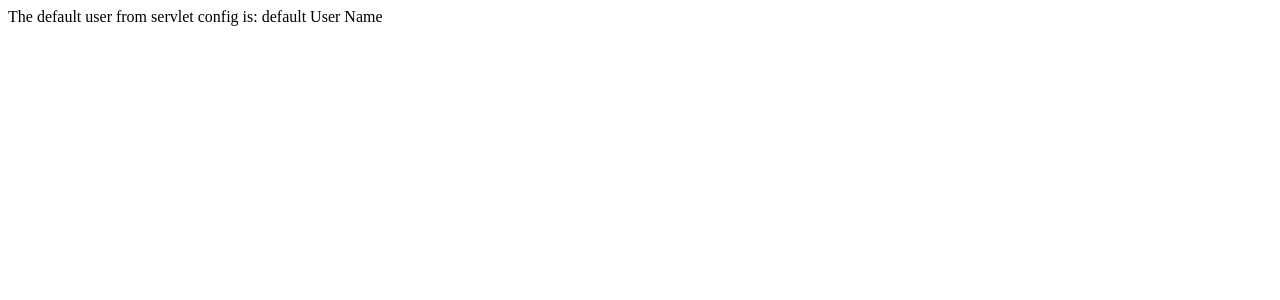
Repository: abdallahokasha/Servlets-and-JSP
Page: http://localhost/SimpleServletProject/InitPage.jsp
The author's editor kept a copy of each file at every save. The page is drawn from the files as they stood at one save, then again after the next save.
The browser window is 1280 px wide. The pictures show the whole page.
The page is served by Tomcat 9. Other server files are loaded and not shown.

Above is the page before, as saved 2016-08-06 01:03:52.

### SimpleServletProject/WebContent/InitPage.jsp
<%@ page language="java" contentType="text/html; charset=UTF-8"
    pageEncoding="UTF-8"%>
<!DOCTYPE html PUBLIC "-//W3C//DTD HTML 4.01 Transitional//EN" "http://www.w3.org/TR/html4/loose.dtd">
<html>
<head>
<meta http-equiv="Content-Type" content="text/html; charset=UTF-8">
<title>Insert title here</title>
</head>
<%!
public void jspInit(){
	String defaultUser = getServletConfig().getInitParameter("defaultUser");
	ServletContext context = getServletContext();
    context.setAttribute("defaultUser", defaultUser);
}
%>
<body>

The default user from servlet config is: <%=getServletConfig().getInitParameter("defaultUser")%>
</body>
</html>

After the next save:
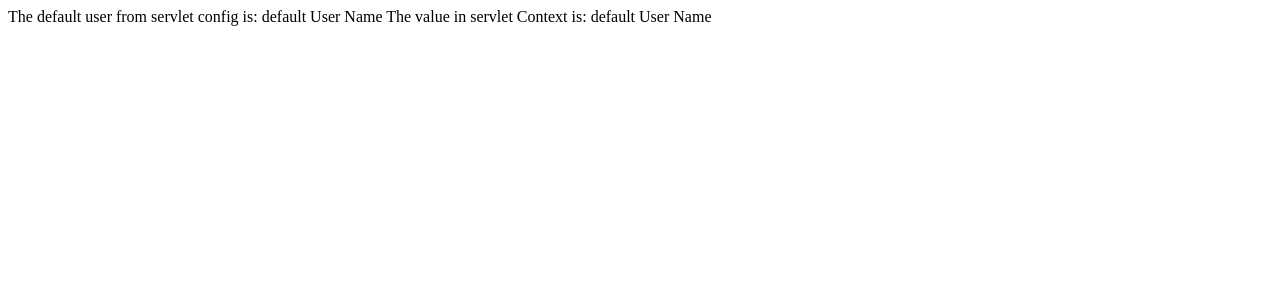
Saved 110 s later.
--- a/SimpleServletProject/WebContent/InitPage.jsp
+++ b/SimpleServletProject/WebContent/InitPage.jsp
@@ -16,5 +16,6 @@ public void jspInit(){
 <body>
 
 The default user from servlet config is: <%=getServletConfig().getInitParameter("defaultUser")%>
+The value in servlet Context is: <%=getServletContext().getAttribute("defaultUser") %>
 </body>
 </html>
